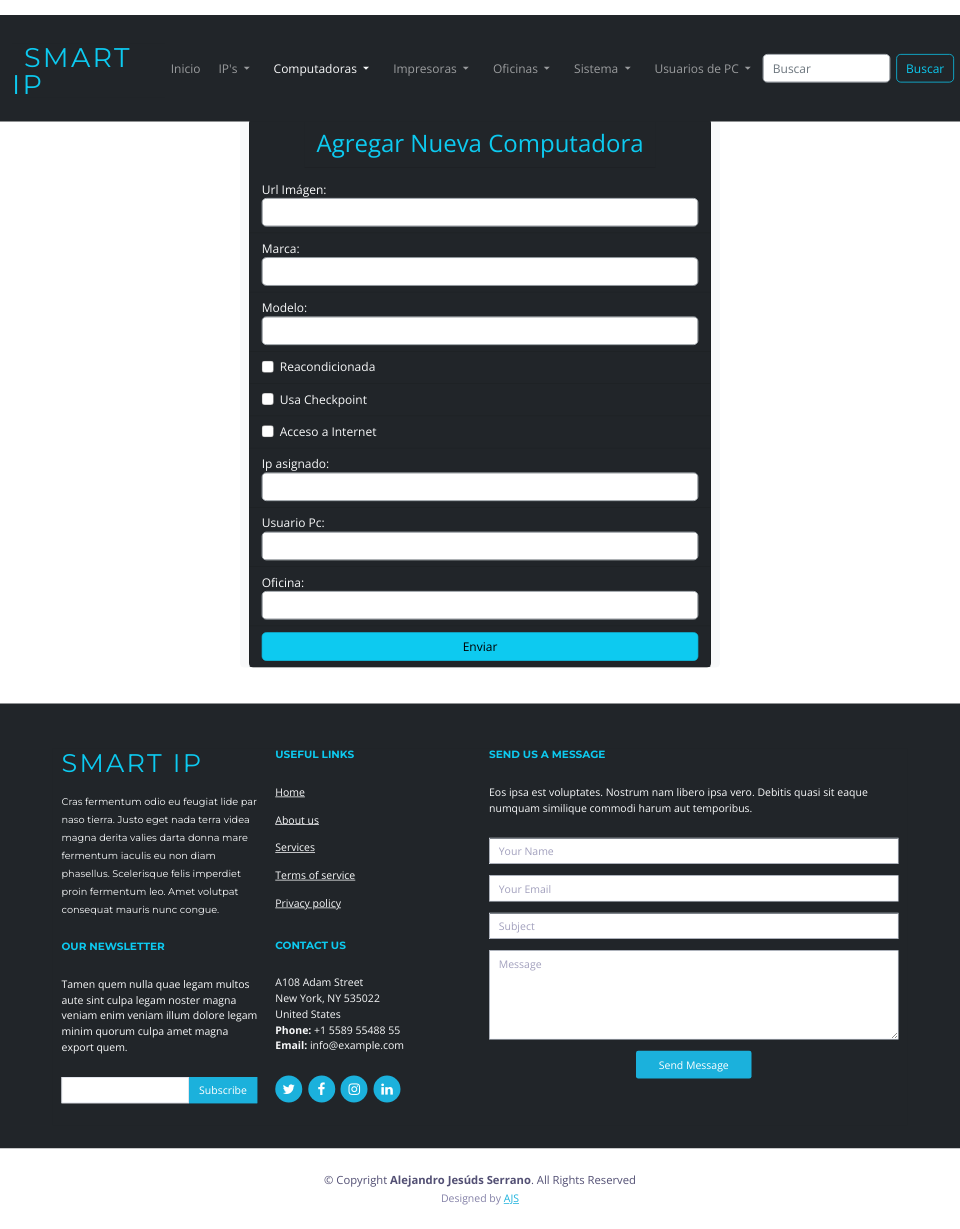
Repository: AlejandroJesusSerrano/SmartIPs
Page: smartip/smartipnav/templates/smartipnav/computer_form.html
The author's editor kept a copy of each file at every save. The page is drawn from the files as they stood at one save, then again after the next save.
The browser window is 1280 px wide. The pictures show the whole page, at 75% of full size.
The page is served by the project's application, run on Django 4.2 (smartip/manage.py). Other server files are loaded and not shown. The template is opened directly, without the code that normally fills it, so the values that code supplies are empty.

Above is the page before, as saved 2022-11-14 13:27:36.

### smartip/smartipnav/templates/smartipnav/computer_form.html
{% extends 'smartipnav/base.html' %}

{% block computeractive %}
    text-light
{% endblock %}

{% block content %}
<section>
    <div class="container col-lg-6 bg-light rounded">
        <div class="card mx-auto mt-5 bg-dark style="width: 20rem;">
            <div class="card-header bg-dark text-info mx-auto">
                <p class="fs-2 my-0">Agregar Nueva Computadora</p>
            </div>
            <form id=computer_add_form action="" method="post" class="mt-2">
                {% csrf_token %}
                <ul class="list-group list-group-flush">
                    <li class="list-group-item bg-dark">
                        <label class="form-control-label text-light" for="computer_image">Url Imágen: </label>
                        <input class="form-control" type="url" name="computer_image" id="computer_image">
                    </li>
                    <li class="list-group-item bg-dark">
                        <label class="form-control-label text-light" for="computer_brand">Marca: </label>
                        <input class="form-control" type="text" name="computer_brand" id="computer_brand">
                    </li>
                    <li class="list-group-item bg-dark">
                        <label class="form-control-label text-light" for="computer_model">Modelo: </label>
                        <input class="form-control" type="text" name="computer_model" id="computer_model">
                    </li>
                    <li class="list-group-item bg-dark">
                        <div class="form-check">
                            <label class="form-check-label text-light" for="flexCheckReac">
                                Reacondicionada
                            </label>
                            <input class="form-check-input" type="checkbox" value="" id="flexCheckReac">

                        </div>
                    </li>
                    <li class="list-group-item bg-dark">
                        <div class="form-check">
                            <label class="form-check-label text-light" for="flexCheckCheck">
                                Usa Checkpoint
                            </label>
                            <input class="form-check-input" type="checkbox" value="" id="flexCheckCheck">
                        </div>
                    </li>
                    <li class="list-group-item bg-dark">
                        <div class="form-check">
                            <label class="form-check-label text-light" for="flexCheckInternet">
                                Acceso a Internet
                            </label>
                            <input class="form-check-input" type="checkbox" value="" id="flexCheckInternet">
                        </div>
                    </li>
                    <li class="list-group-item bg-dark">
                        <label class="form-control-label text-light" for="computer_ip">Ip asignado: </label>
                        <input class="form-control" type="text" name="computer_ip" id="computer_ip">
                    </li>
                    <li class="list-group-item bg-dark">
                        <label class="form-control-label text-light" for="cumputer_user">Usuario Pc: </label>
                        <input class="form-control" type="text" namr="cumputer_user" id="cumputer_user">
                    </li>
                    <li class="list-group-item bg-dark">
                        <label class="form-control-label text-light" for="cumputer_office">Oficina: </label>
                        <input class="form-control" type="text" namr="cumputer_office" id="cumputer_office">
                    </li>
                    <li class="list-group-item bg-dark px-auto">
                        <button type="submit" class="btn btn-info row mx-auto w-100">Enviar</button>
                    </li>
                  </ul>
            </form>
        </div>
    </div>
</section>
{% endblock %}

### smartip/smartip/urls.py
"""smartip URL Configuration

The `urlpatterns` list routes URLs to views. For more information please see:
    https://docs.djangoproject.com/en/4.1/topics/http/urls/
Examples:
Function views
    1. Add an import:  from my_app import views
    2. Add a URL to urlpatterns:  path('', views.home, name='home')
Class-based views
    1. Add an import:  from other_app.views import Home
    2. Add a URL to urlpatterns:  path('', Home.as_view(), name='home')
Including another URLconf
    1. Import the include() function: from django.urls import include, path
    2. Add a URL to urlpatterns:  path('blog/', include('blog.urls'))
"""
from django.contrib import admin
from django.urls import path

urlpatterns = [
    path('admin/', admin.site.urls),
]

Loaded but not shown: smartip/smartipnav/static/smartipnav/lib/font-awesome/css/font-awesome.min.css (library); smartip/smartipnav/static/smartipnav/lib/animate/animate.min.css (library); smartip/smartipnav/static/smartipnav/lib/ionicons/css/ionicons.min.css (library); smartip/smartipnav/static/smartipnav/lib/owlcarousel/assets/owl.carousel.min.css (library); smartip/smartipnav/static/smartipnav/lib/lightbox/css/lightbox.min.css (common file); smartip/smartipnav/static/smartipnav/lib/jquery/jquery.min.js (library); smartip/smartipnav/static/smartipnav/lib/jquery/jquery-migrate.min.js (library); smartip/smartipnav/static/smartipnav/lib/easing/easing.min.js (common file); smartip/smartipnav/static/smartipnav/lib/mobile-nav/mobile-nav.js (common file); smartip/smartipnav/static/smartipnav/lib/wow/wow.min.js (library); smartip/smartipnav/static/smartipnav/lib/waypoints/waypoints.min.js (library); smartip/smartipnav/static/smartipnav/lib/counterup/counterup.min.js (common file); smartip/smartipnav/static/smartipnav/lib/owlcarousel/owl.carousel.min.js (library); smartip/smartipnav/static/smartipnav/lib/isotope/isotope.pkgd.min.js (library); smartip/smartipnav/static/smartipnav/lib/lightbox/js/lightbox.min.js (library); smartip/smartipnav/static/smartipnav/js/main.js (131 lines, source omitted); smartip/smartipnav/static/smartipnav/contactform/contactform.js (118 lines, source omitted); smartip/smartipnav/static/smartipnav/css/style.css (1573 lines, source omitted); smartip/smartipnav/templates/smartipnav/base.html (283 lines, source omitted)

After the next save:
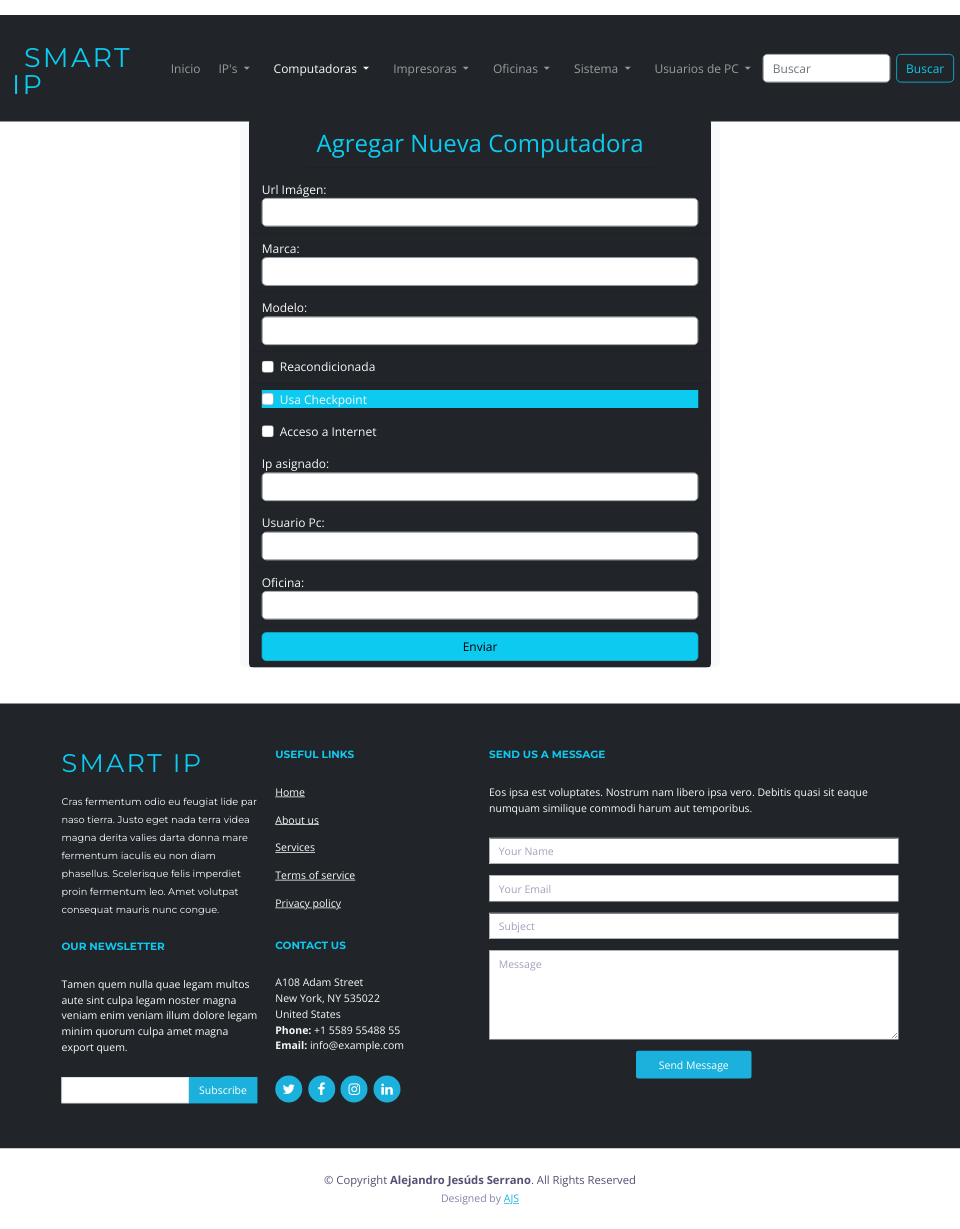
Saved 3 min 42 s later.
--- a/smartip/smartipnav/templates/smartipnav/computer_form.html
+++ b/smartip/smartipnav/templates/smartipnav/computer_form.html
@@ -36,7 +36,7 @@
                         </div>
                     </li>
                     <li class="list-group-item bg-dark">
-                        <div class="form-check">
+                        <div class="form-check bg-info">
                             <label class="form-check-label text-light" for="flexCheckCheck">
                                 Usa Checkpoint
                             </label>

After the save that followed:
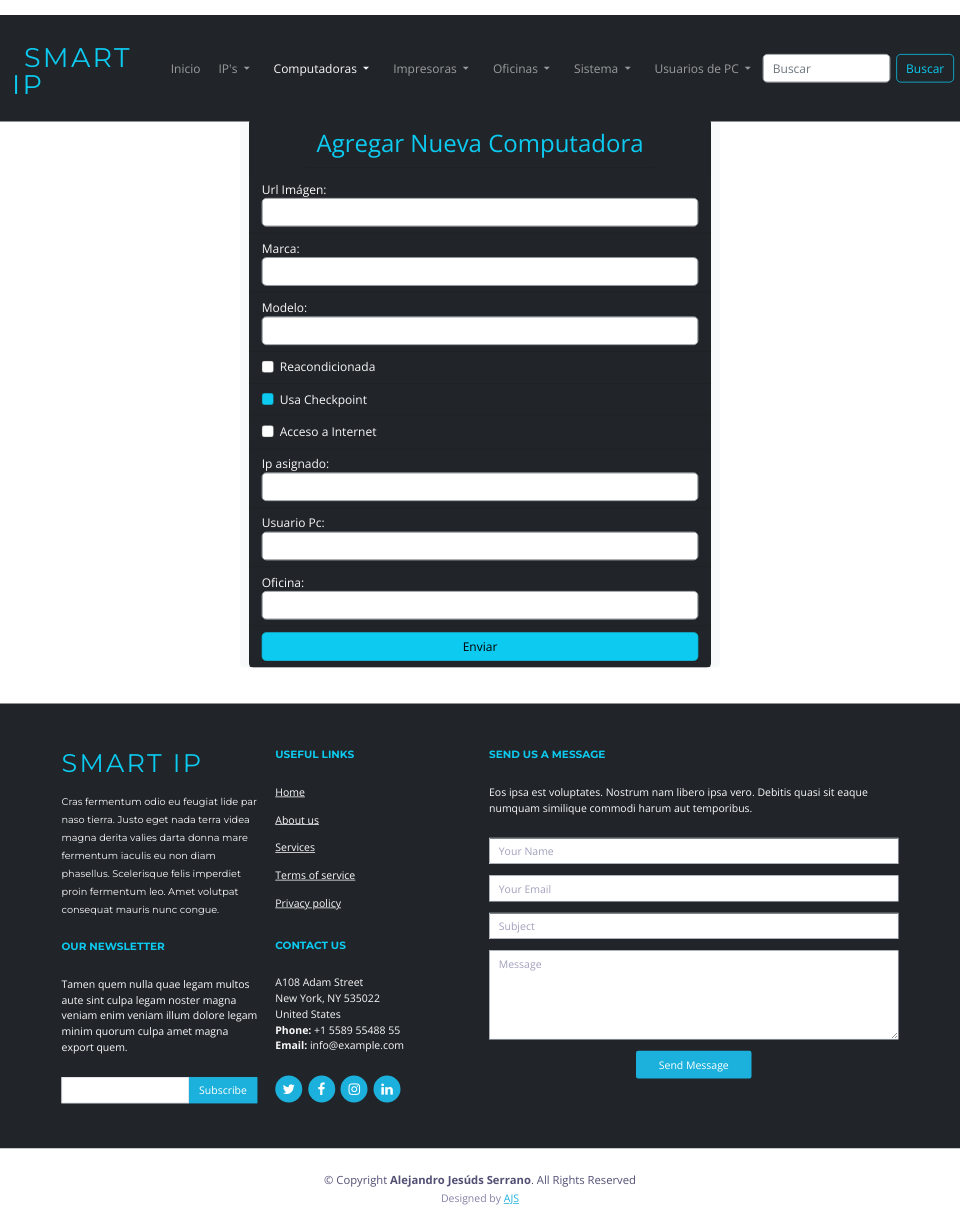
Saved 31 s later.
--- a/smartip/smartipnav/templates/smartipnav/computer_form.html
+++ b/smartip/smartipnav/templates/smartipnav/computer_form.html
@@ -36,11 +36,11 @@
                         </div>
                     </li>
                     <li class="list-group-item bg-dark">
-                        <div class="form-check bg-info">
+                        <div class="form-check">
                             <label class="form-check-label text-light" for="flexCheckCheck">
                                 Usa Checkpoint
                             </label>
-                            <input class="form-check-input" type="checkbox" value="" id="flexCheckCheck">
+                            <input class="form-check-input bg-info" type="checkbox" value="" id="flexCheckCheck">
                         </div>
                     </li>
                     <li class="list-group-item bg-dark">
